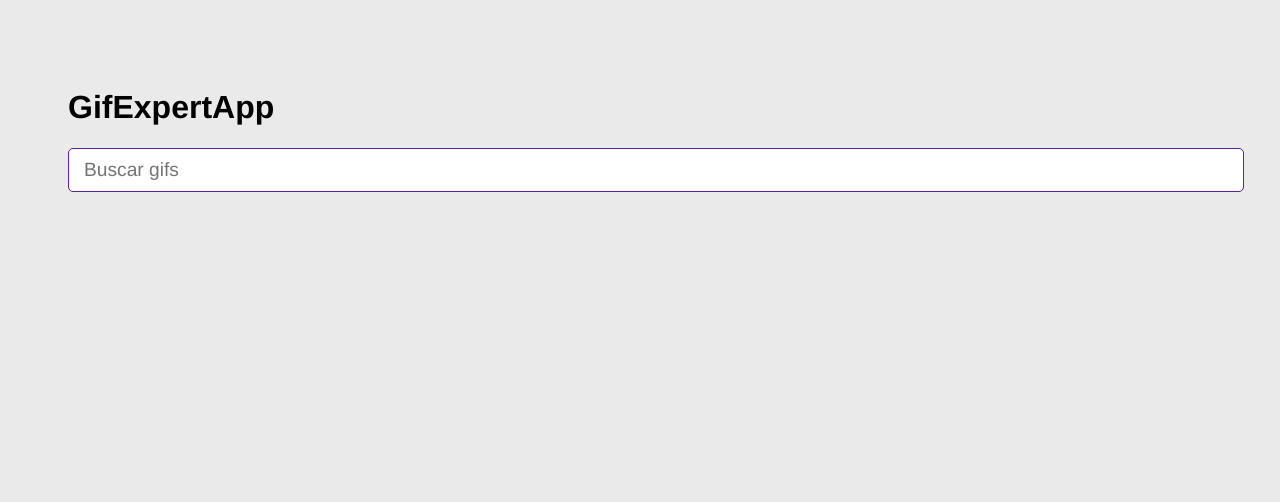
Repository: mmg0206/react-gif-expert
Page: /
The author's editor kept a copy of each file at every save. The page is drawn from the files as they stood at one save, then again after the next save.
The browser window is 1280 px wide. The pictures show the whole page.
The project was rebuilt for these pictures with package versions that can differ from the ones it lists, and the page was loaded fresh each time. Also part of the build but not shown: vite.config.js.

Above is the page before, as saved 2024-04-15 17:15:31.

### src/main.jsx
import React from 'react'
import ReactDOM from 'react-dom/client'
import { GifExpertApp } from './GifExpertApp.jsx'
import './styles.css';

if (import.meta.hot) {
  import.meta.hot.on(
    "vite:beforeUpdate",
    /* eslint-disable-next-line no-console */
    () => console.clear()
  );
}

ReactDOM.createRoot(document.getElementById('root')).render(
  <React.StrictMode>
    <GifExpertApp/>
  </React.StrictMode>
)

### src/GifExpertApp.jsx
import { useState } from "react";
import {AddCategory} from "./components/AddCategory";
import GifGrid from "./components/GifGrid";

export const GifExpertApp = () => {
  // const apiKey ='Ls33XwmjLip5m9fo9lFfzjgpz7a8Isa8';
  const [categories, setCategories] = useState(['One punch', 'Dragon ball']);

  const onAddCategory = (newValue)=>{
    if(categories.includes(newValue)) return;
    setCategories(categories.concat(newValue));
  }


  return (
    <>
      {/* titulo */}
      <h1>GifExpertApp</h1>

      {/* input */}
      <AddCategory
        // setCategories={setCategories}
        onNewCategory={ event => onAddCategory(event)}
      />

      {/* listado de gifs */}
      <ol>
        {
          categories.map(el =>{
            <GifGrid category={el}/>
            // return <li key={el}>{el}</li>
          })
        }
      </ol>
        {/* Gif item */}
    </>
  )
}

### src/components/AddCategory.jsx
import { useState } from "react"

export const AddCategory = ({onNewCategory}) => {
    const [inputValue, setInputValue] = useState('');

    const onInputChange = ({target})=>{
        setInputValue(target.value)
    }

    const onSubmit = (event) =>{
        event.preventDefault();
        if(inputValue.trim().length <=1) return;
        onNewCategory(inputValue.trim());
        setInputValue('');
    }

    return (
        <form onSubmit={(e)=>onSubmit(e)}>
            <input
                type="text"
                placeholder="Buscar gifs"
                value={inputValue}
                onChange={(e)=>onInputChange(e)}
            />
        </form>
    )
}

### src/components/GifGrid.jsx
const GifGrid = (category) => {
  return (
    <div key={category}>
      <h3>{category}</h3>
      <p>Hola mundo</p>
    </div>
  )
}

export default GifGrid

Loaded but not shown: index.html (common file); src/styles.css (common file)

After the next save:
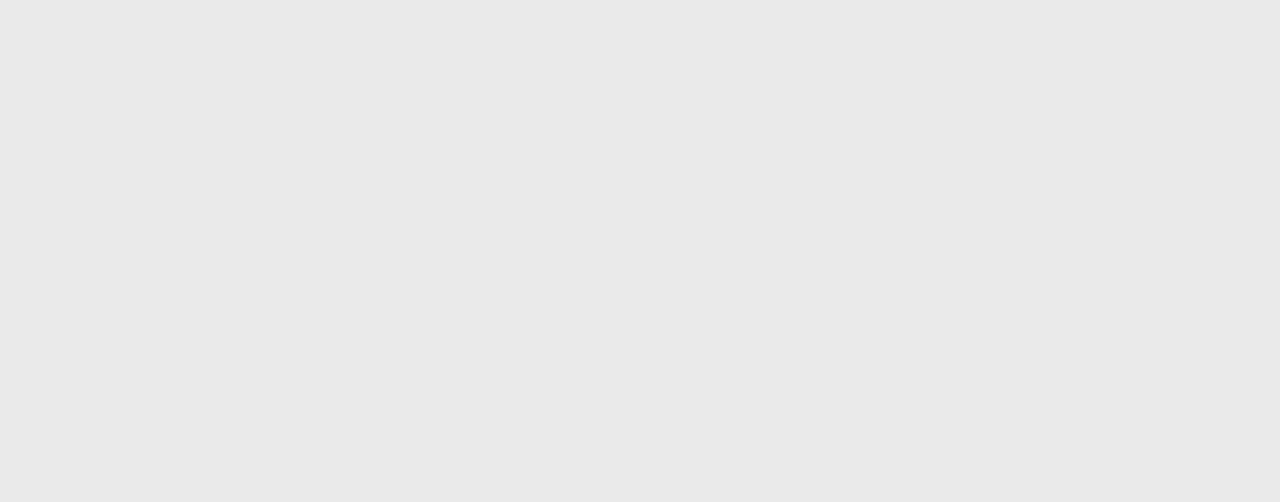
Console error (its wording comes from the project's code and is left out).
Saved 27 s later.
--- a/src/GifExpertApp.jsx
+++ b/src/GifExpertApp.jsx
@@ -27,7 +27,7 @@ export const GifExpertApp = () => {
       <ol>
         {
           categories.map(el =>{
-            <GifGrid category={el}/>
+            return(<GifGrid category={el}/>)
             // return <li key={el}>{el}</li>
           })
         }

After the save that followed:
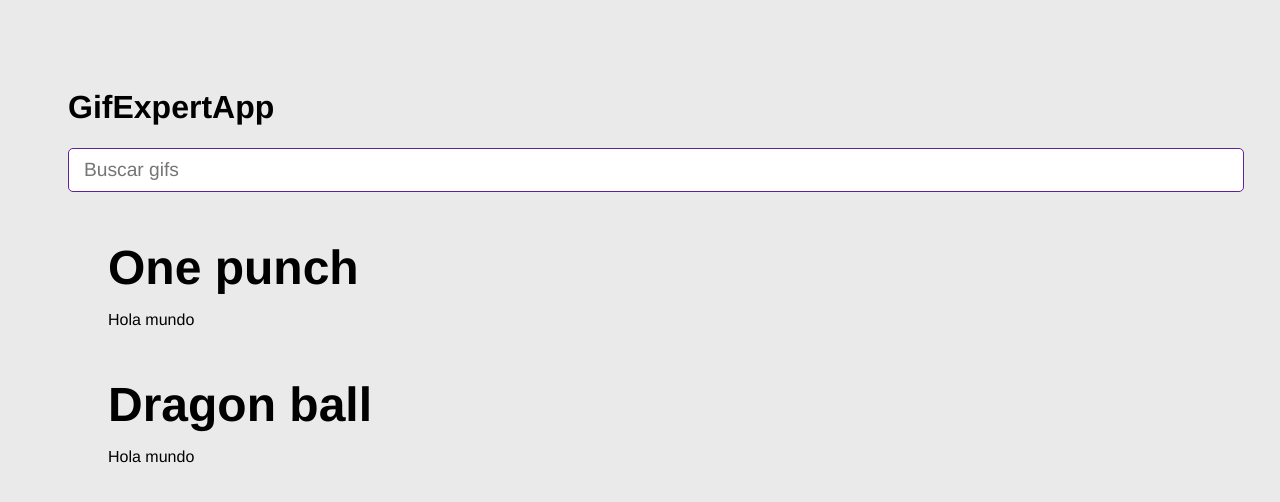
The error is gone.
Saved 41 s later.
--- a/src/components/GifGrid.jsx
+++ b/src/components/GifGrid.jsx
@@ -1,4 +1,4 @@
-const GifGrid = (category) => {
+const GifGrid = ({category}) => {
   return (
     <div key={category}>
       <h3>{category}</h3>
